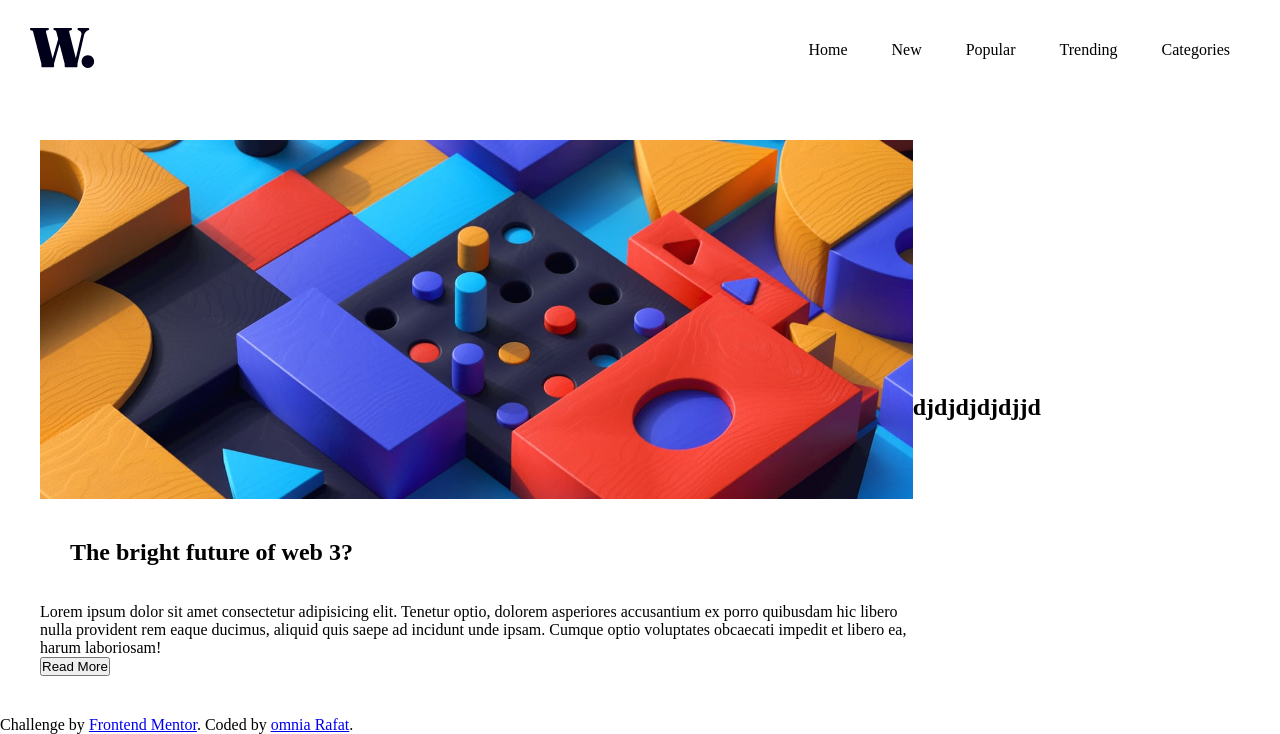
Repository: OmniaRafat232111121/HomePage
Page: index.html
An editor plug-in stored every save of this project. The page is shown before and after the next save, followed by the edit.
The browser window is 1280 px wide. The pictures show the whole page.

Above is the page before, as saved 2022-12-17 15:26:44.

### index.html
<!DOCTYPE html>
<html lang="en">
<head>
  <meta charset="UTF-8">
  <meta name="viewport" content="width=device-width, initial-scale=1.0"> <!-- displays site properly based on user's device -->

  <link rel="icon" type="image/png" sizes="32x32" href="./assets/images/favicon-32x32.png">

  <title>Frontend Mentor | News homepage</title>
 <link rel="stylesheet" href="style.css">
</head>
<body>
  <!--header start-->
  <header class="header">
    <div class="logo">
      <a href="index.html">
        <img src="./assets/images/logo.svg" alt="image"/>
      </a>
    </div>
    <nav>
      <ul>
        <li href="index.html"><a>Home</a></li>
        <li href="#new"><a>New</a></li>
        <li href="#popular"><a>Popular</a></li>
         <li href="#trending"><a>Trending</a></li>
         <li href="#categories"><a>Categories</a></li>

      </ul>
    </nav>

  </header>
    <!--header ends-->
    <!--home start-->
    <section class="home">
      <div class="container">
        <div class="col-play">
            <img src="./assets/images/image-web-3-desktop.jpg" alt="image"/>
            <div class="content">
              <div class="header">
                <h1>The bright future of web 3?</h1>

              </div>
              <div class="reading">
                <p>Lorem ipsum dolor sit amet consectetur adipisicing elit.
                  Tenetur optio, dolorem asperiores accusantium ex porro quibusdam hic
                   libero nulla provident rem eaque ducimus, aliquid quis saepe ad
                   incidunt unde ipsam. Cumque optio voluptates obcaecati impedit et libero ea, harum laboriosam!</p>
                 <button>Read More</button>
                  </div>

            </div>
        </div>
        <div class="col-content">
       <h2>djdjdjdjdjjd</h2>
        </div>

      </div>

    </section>
    <!--home end-->
  <div class="attribution">
    Challenge by <a href="https://www.frontendmentor.io?ref=challenge" target="_blank">Frontend Mentor</a>.
    Coded by <a href="#">omnia Rafat</a>.
  </div>
</body>
</html>

### style.css
*{
    margin:0;
    padding:0;
    box-sizing: border-box;
}
ul {
    list-style: none;
}
.header{
    width: 100%;
    height:100px;
    display:flex;
    align-items: center;
    justify-content: space-between;
    padding:30px;
}
.header nav ul li{
    display: inline-block;
    padding:20px;
}
/*home*/
.home{
    padding:40px;
}
.container{
    display:flex;
    align-items: center;

}
.col-play{
    flex-basis: 80%;
}
.col-play img{
    max-width: 100%;
    width:100%;
}
.col-content{
    flex-basis: 30%;
}

After the next save:
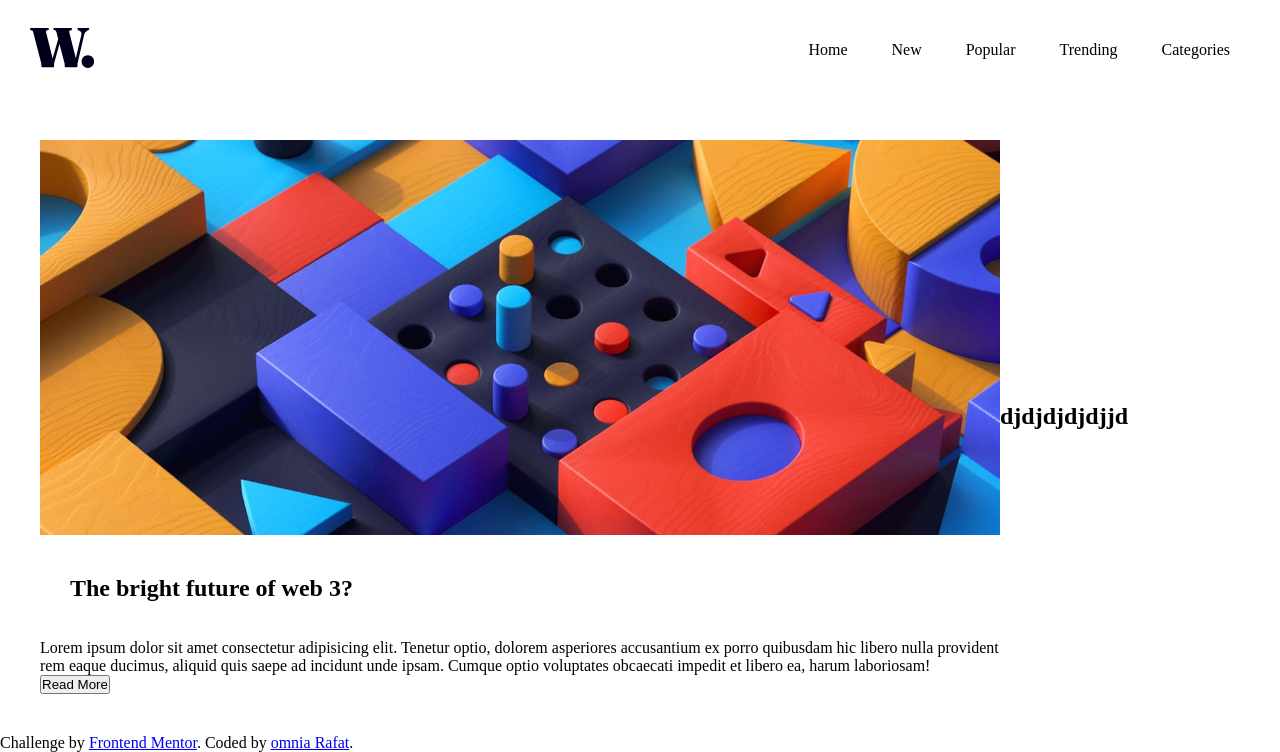
Saved 27 s later.
--- a/style.css
+++ b/style.css
@@ -35,5 +35,5 @@ ul {
     width:100%;
 }
 .col-content{
-    flex-basis: 30%;
+    flex-basis: 20%;
 }
